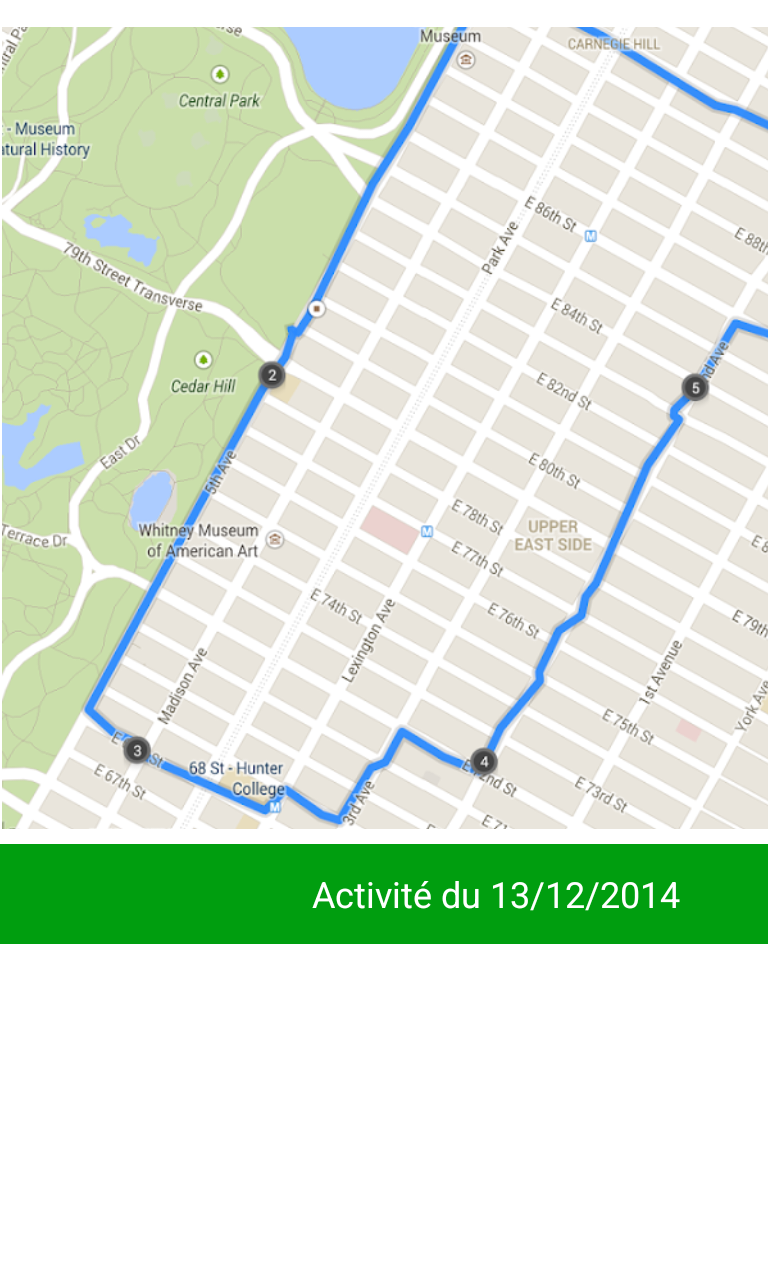
Repository: dekeym/Projet-IHM
Layout: WorkSpace/ChallengeMe/res/layout/fragment_activity.xml
An editor plug-in stored every save of this project. The layout is shown before and after the next save, followed by the edit.
It is drawn on a 768 x 1280 px phone screen (xhdpi) without system bars, with theme android:Theme.Holo.Light.DarkActionBar; the app's code is not run.

Above is the layout before, as saved 2014-12-18 10:43:12.

### WorkSpace/ChallengeMe/res/layout/fragment_activity.xml
<?xml version="1.0" encoding="utf-8"?>
<AbsoluteLayout xmlns:android="http://schemas.android.com/apk/res/android"
    android:id="@+id/AbsoluteLayout1"
    android:layout_width="match_parent"
    android:layout_height="match_parent" >

    <TextView
        android:id="@+id/textView1"
        android:layout_width="500dp"
        android:layout_height="50dp"
        android:layout_x="-2dp"
        android:layout_y="422dp"
        android:background="#009e0f"
        android:gravity="center"
        android:text="Activité du 13/12/2014"
        android:textAppearance="?android:attr/textAppearanceMedium"
        android:textColor="@android:color/white" />

    <ImageView
        android:id="@+id/imageView1"
        android:layout_width="500dp"
        android:layout_height="520dp"
        android:layout_x="1dp"
        android:layout_y="-46dp"
        android:src="@drawable/map" />

</AbsoluteLayout>

After the next save:
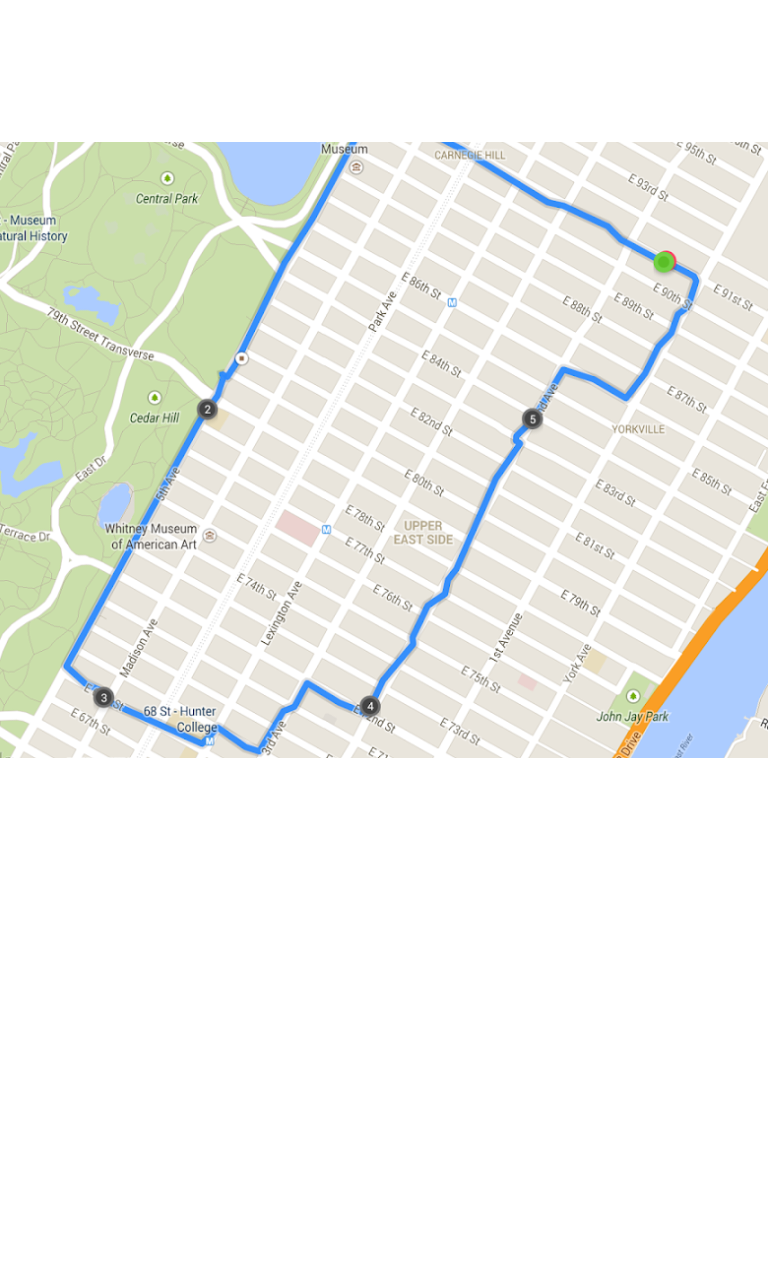
Saved 65 s later.
--- a/WorkSpace/ChallengeMe/res/layout/fragment_activity.xml
+++ b/WorkSpace/ChallengeMe/res/layout/fragment_activity.xml
@@ -1,6 +1,6 @@
 <?xml version="1.0" encoding="utf-8"?>
-<AbsoluteLayout xmlns:android="http://schemas.android.com/apk/res/android"
-    android:id="@+id/AbsoluteLayout1"
+<RelativeLayout xmlns:android="http://schemas.android.com/apk/res/android"
+    android:id="@+id/RelativeLayout1"
     android:layout_width="match_parent"
     android:layout_height="match_parent" >
 
@@ -8,6 +8,9 @@
         android:id="@+id/textView1"
         android:layout_width="500dp"
         android:layout_height="50dp"
+        android:layout_alignParentLeft="true"
+        android:layout_alignParentTop="true"
+        android:layout_marginTop="1048dp"
         android:layout_x="-2dp"
         android:layout_y="422dp"
         android:background="#009e0f"
@@ -19,9 +22,9 @@
     <ImageView
         android:id="@+id/imageView1"
         android:layout_width="500dp"
-        android:layout_height="520dp"
-        android:layout_x="1dp"
-        android:layout_y="-46dp"
+        android:layout_height="450dp"
+        android:layout_alignParentLeft="true"
+        android:layout_alignParentTop="true"
         android:src="@drawable/map" />
 
-</AbsoluteLayout>
+</RelativeLayout>
